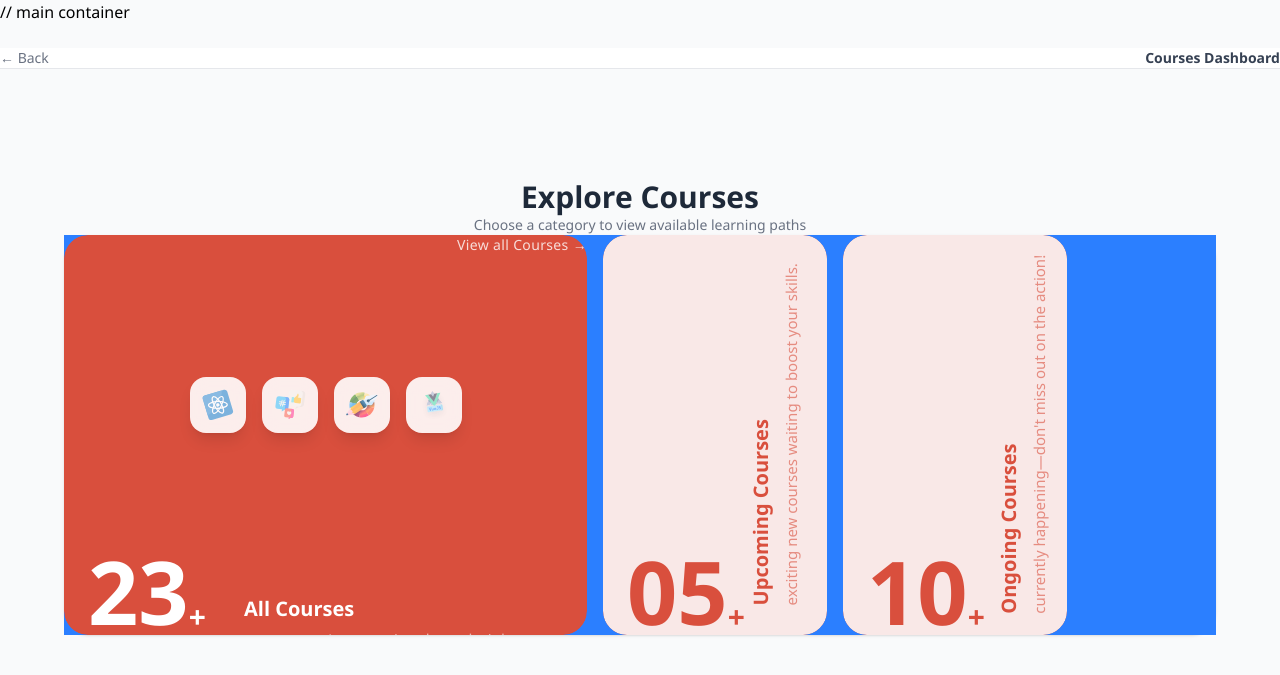
Repository: RahulRajKhadka/nextjs-dashboard-app
Page: /task2
An editor plug-in stored every save of this project. The page is shown before and after the next save, followed by the edit.
The browser window is 1280 px wide. The pictures show the whole page.
The project was rebuilt for these pictures with package versions that can differ from the ones it lists, and the page was loaded fresh each time. The framework's server and built-in components were replaced by stand-ins that run in the browser. Also part of the build but not shown: next.config.ts.

Above is the page before, as saved 2026-04-10 15:59:08.

After the next save:
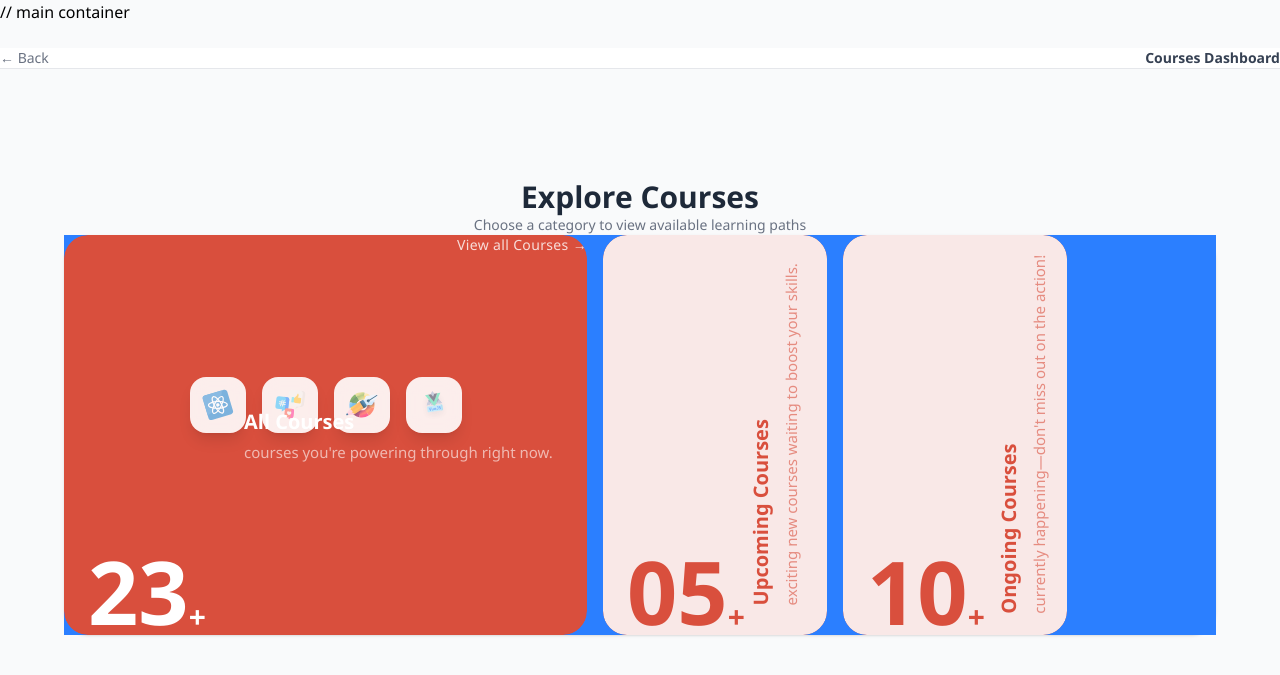
Saved 13 s later.
--- a/src/components/task2/CourseCard.tsx
+++ b/src/components/task2/CourseCard.tsx
@@ -48,7 +48,7 @@ export default function CourseCard({
       // 1. Circle wipe animation
       tl.to(circleRef.current, {
         clipPath: "circle(0% at 0% 100%)",
-        duration: 1,
+        duration: 1.2,
         ease: "power3.inOut",
       }, 0);
 
@@ -63,7 +63,7 @@ export default function CourseCard({
         {
           rotation: 0,
           x: 180,
-          y: 188,
+          y: 1,
           color: "#ffffff",
           duration: 0.8,
           ease: "back.out(0.3)",
@@ -179,7 +179,7 @@ export default function CourseCard({
       </div>
 
       {/* SINGLE LABEL — starts centered, rotates and moves on expand */}
-      <div className="absolute  inset-0 z-[4] right-[100px] flex items-center  pointer-events-none">
+      <div className="absolute inset-0 z-[4] flex items-center  pointer-events-none">
         <div
           ref={collapsedLabelRef}
           className="flex flex-col gap-1"
